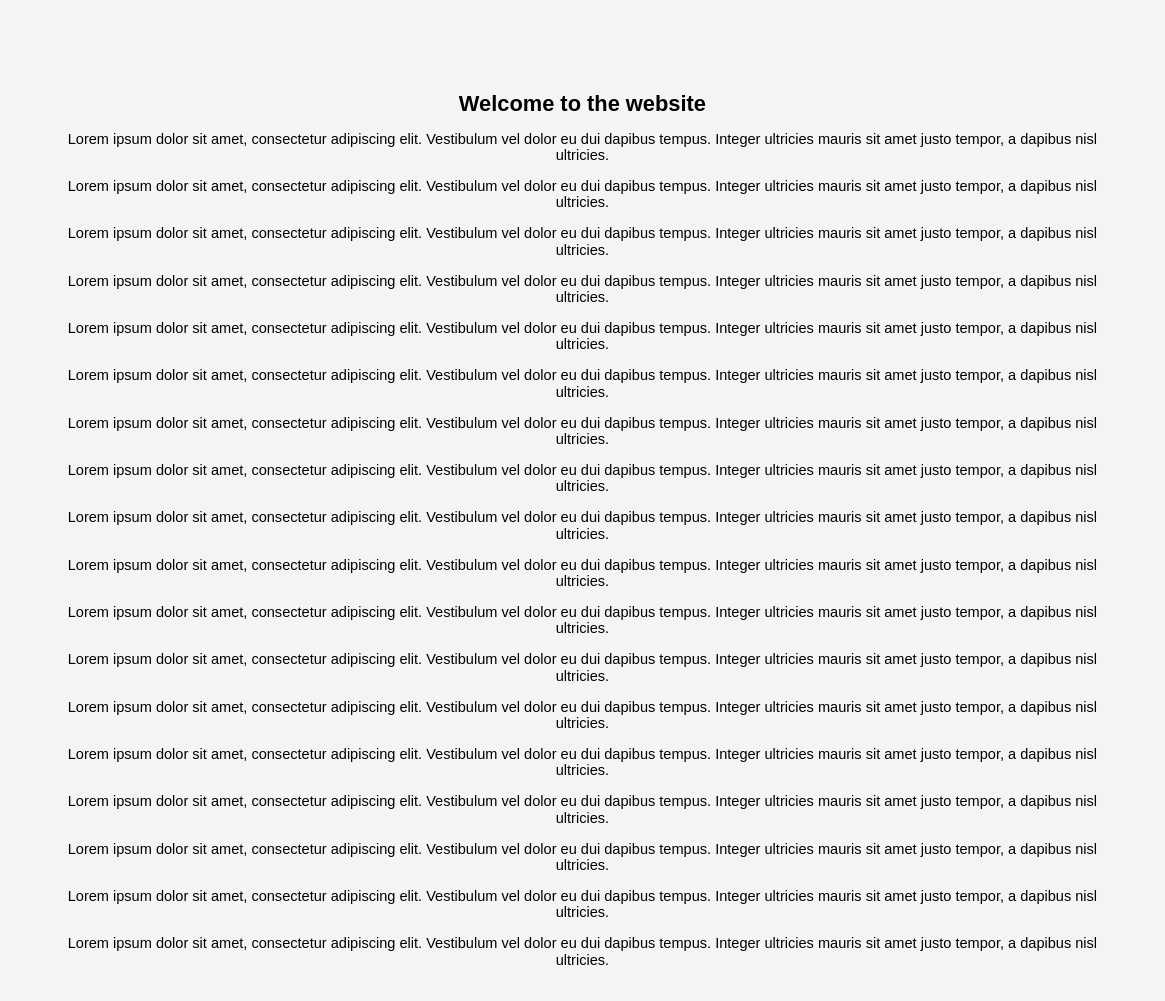
Repository: JoyMoGas/HelujaArc
Page: http://localhost/
The author's editor kept a copy of each file at every save. The page is drawn from the files as they stood at one save, then again after the next save.
The browser window is 1280 px wide. The pictures show the part of the page from y = 500 to 1600 px (the page is 1600 px tall before and 1510 px after), at 91% of full size.
Backgrounds fixed to the window are drawn as part of the page. The page is served by the project's application, run on Flask 3 (run.py).

Above is the page before, as saved 2024-08-11 17:08:05.

### templates/index.html
<!DOCTYPE html>
<html lang="en">
<head>
    <meta charset="UTF-8">
    <meta name="viewport" content="width=device-width, initial-scale=1.0">
    <title>Document</title>
    <link rel="stylesheet" href="{{ url_for('static', filename='style.css') }}">
</head>
<body>
    <header class="navbar">
        <div class="navbar-content">
            <span id="span-content">
                <img id="logo" src="{{ url_for('static', filename='logo.png') }}" alt="Logo">
            </span>

            <nav>
                <ul>
                    <li><a href="#">Home</a></li>
                    <li><a href="#">About</a></li>
                    <li><a href="#">Contact</a></li>
                </ul>
            </nav>
        </div>
    </header>
    <div id="demoBox">

    </div>
    <main>

        <section class="content">

            <h1>Welcome to the website</h1>
            <!-- Content goes here -->
            <p>Lorem ipsum dolor sit amet, consectetur adipiscing elit. Vestibulum vel dolor eu dui dapibus tempus. Integer ultricies mauris sit amet justo tempor, a dapibus nisl ultricies.</p>
            <p>Lorem ipsum dolor sit amet, consectetur adipiscing elit. Vestibulum vel dolor eu dui dapibus tempus. Integer ultricies mauris sit amet justo tempor, a dapibus nisl ultricies.</p>
            <p>Lorem ipsum dolor sit amet, consectetur adipiscing elit. Vestibulum vel dolor eu dui dapibus tempus. Integer ultricies mauris sit amet justo tempor, a dapibus nisl ultricies.</p>
            <p>Lorem ipsum dolor sit amet, consectetur adipiscing elit. Vestibulum vel dolor eu dui dapibus tempus. Integer ultricies mauris sit amet justo tempor, a dapibus nisl ultricies.</p>
            <p>Lorem ipsum dolor sit amet, consectetur adipiscing elit. Vestibulum vel dolor eu dui dapibus tempus. Integer ultricies mauris sit amet justo tempor, a dapibus nisl ultricies.</p>
            <p>Lorem ipsum dolor sit amet, consectetur adipiscing elit. Vestibulum vel dolor eu dui dapibus tempus. Integer ultricies mauris sit amet justo tempor, a dapibus nisl ultricies.</p>
            <p>Lorem ipsum dolor sit amet, consectetur adipiscing elit. Vestibulum vel dolor eu dui dapibus tempus. Integer ultricies mauris sit amet justo tempor, a dapibus nisl ultricies.</p>
            <p>Lorem ipsum dolor sit amet, consectetur adipiscing elit. Vestibulum vel dolor eu dui dapibus tempus. Integer ultricies mauris sit amet justo tempor, a dapibus nisl ultricies.</p>
            <p>Lorem ipsum dolor sit amet, consectetur adipiscing elit. Vestibulum vel dolor eu dui dapibus tempus. Integer ultricies mauris sit amet justo tempor, a dapibus nisl ultricies.</p>
            <p>Lorem ipsum dolor sit amet, consectetur adipiscing elit. Vestibulum vel dolor eu dui dapibus tempus. Integer ultricies mauris sit amet justo tempor, a dapibus nisl ultricies.</p>
            <p>Lorem ipsum dolor sit amet, consectetur adipiscing elit. Vestibulum vel dolor eu dui dapibus tempus. Integer ultricies mauris sit amet justo tempor, a dapibus nisl ultricies.</p>
            <p>Lorem ipsum dolor sit amet, consectetur adipiscing elit. Vestibulum vel dolor eu dui dapibus tempus. Integer ultricies mauris sit amet justo tempor, a dapibus nisl ultricies.</p>
            <p>Lorem ipsum dolor sit amet, consectetur adipiscing elit. Vestibulum vel dolor eu dui dapibus tempus. Integer ultricies mauris sit amet justo tempor, a dapibus nisl ultricies.</p>
            <p>Lorem ipsum dolor sit amet, consectetur adipiscing elit. Vestibulum vel dolor eu dui dapibus tempus. Integer ultricies mauris sit amet justo tempor, a dapibus nisl ultricies.</p>
            <p>Lorem ipsum dolor sit amet, consectetur adipiscing elit. Vestibulum vel dolor eu dui dapibus tempus. Integer ultricies mauris sit amet justo tempor, a dapibus nisl ultricies.</p>
            <p>Lorem ipsum dolor sit amet, consectetur adipiscing elit. Vestibulum vel dolor eu dui dapibus tempus. Integer ultricies mauris sit amet justo tempor, a dapibus nisl ultricies.</p>
            <p>Lorem ipsum dolor sit amet, consectetur adipiscing elit. Vestibulum vel dolor eu dui dapibus tempus. Integer ultricies mauris sit amet justo tempor, a dapibus nisl ultricies.</p>
            <p>Lorem ipsum dolor sit amet, consectetur adipiscing elit. Vestibulum vel dolor eu dui dapibus tempus. Integer ultricies mauris sit amet justo tempor, a dapibus nisl ultricies.</p>
        </section>
    </main>
    <script src="{{ url_for('static', filename='scripts.js') }}"></script>
</body>
</html>

### static/style.css
/* Reset de márgenes y padding */
body, h1, ul, li {
    margin: 0;
    padding: 0;
}

/* Estilo para el cuerpo */
body {
    font-family: Arial, sans-serif;
    padding-top: 100px; /* Ajusta según el tamaño de la navbar */
    margin: 0;
    display: flex;
    justify-content: center;
    align-items: flex-start;
    height: 100vh; /* Ocupa toda la altura visible */
    background: #f4f4f4;
}

/* Estilo para la navbar */
.navbar {

    position: fixed;
    top: 0;
    left: 0;
    width: 100%;
    background-color: transparent; /* La navbar es transparente por defecto */
    color: #fff;
    display: flex;
    justify-content: center;
    align-items: center;
    transition: background-color 0.3s ease;
    z-index: 1000;
    box-sizing: border-box;
}

.navbar.scrolled {
    background-color: #333; /* Cambia a un color sólido cuando haces scroll */
}

/* Contenido de la navbar */
.navbar-content {
    display: flex;
    justify-content: space-between;
    align-items: center;
    width: 100%;
    max-width: 1200px;
    padding: 20px;
    padding-left: 50px;
    box-sizing: border-box;
    transition: padding 0.3s ease; /* Transición para suavizar el cambio de padding */
}

/* Estilo cuando se ha hecho scroll y el logo está en la navbar */
.navbar.scrolled .navbar-content {
    padding: 10px; /* Reduce el padding cuando se hace scroll */
    padding-left: 0px; /* Elimina el padding en la izquierda */
}

/* Logo en la navbar */
.navbar img {
    height: 60px; /* Ajusta el tamaño del logo en la navbar */
    transition: height 1.5s, transform 1.5s; /* Transiciones simultáneas */
}

/* Estilo para los enlaces de la navbar */
.navbar nav ul {
    display: flex;
    list-style-type: none;
    margin: 0;
    padding: 0;
}

.navbar nav ul li {
    margin-left: 20px;
}

.navbar nav ul li a {
    color: #fff;
    text-decoration: none;
}

/* Estilo para el contenido del body */
.content {
    text-align: center; /* Centra el texto y otros elementos dentro del contenedor */
    width: 100%;
    max-width: 1200px; /* Asegura que el contenido no se estire demasiado */
    margin-top: 80px; /* Asegura que el contenido esté por debajo de la navbar */
    padding: 20px; /* Ajusta el padding según sea necesario */
    box-sizing: border-box;
    margin-top: 30em;
}

/* Logo en el cuerpo */
#logo {
    position: absolute;
    top: 110px;
    left: 50%;
    transform: translateX(-50%);
    height: 300px;
    transition: top 1.5s, left 1.5s, height 1.5s, transform 1.5s;
}


#demoBox {
    position: absolute;
    top: 0;
    left: 0;
    width: 100%;
    height: 500px; /* La imagen cubrirá la altura completa de la ventana */
    background-image: url("https://images.unsplash.com/photo-1529673203658-56306382b724?auto=format&fit=crop&w=1000&q=80&ar=16:9");
    background-size: cover;
    background-attachment: fixed;
    z-index: 1; /* Esto asegura que la imagen esté por debajo de la navbar */
}

### static/scripts.js
"use strict";
document.addEventListener('DOMContentLoaded', () => {
    window.scrollTo(0, 0);
    const logo = document.getElementById('logo');
    const handleScroll = () => {
        if (window.scrollY > 50) {
            logo.style.position = 'fixed';
            logo.style.top = '0px';
            logo.style.left = '120px';
            logo.style.height = '100px';
            logo.style.transform = 'translateX(0) scale(0.6)';
        }
        else {
            logo.style.position = 'absolute';
            logo.style.top = '250px';
            logo.style.left = '50%';
            logo.style.transform = 'translateX(-50%) scale(1)';
            logo.style.height = '250px';
        }
    };
    window.addEventListener('scroll', handleScroll);
    // Inicializa el estado del logotipo
    handleScroll();
});
window.addEventListener('scroll', () => {
    const navbar = document.querySelector('.navbar');
    if (window.scrollY > 50) {
        navbar.classList.add('scrolled');
    }
    else {
        navbar.classList.remove('scrolled');
    }
});
window.addEventListener('beforeunload', () => {
    window.scrollTo(0, 0);
});

Loaded but not shown: run.py (common file)

After the next save:
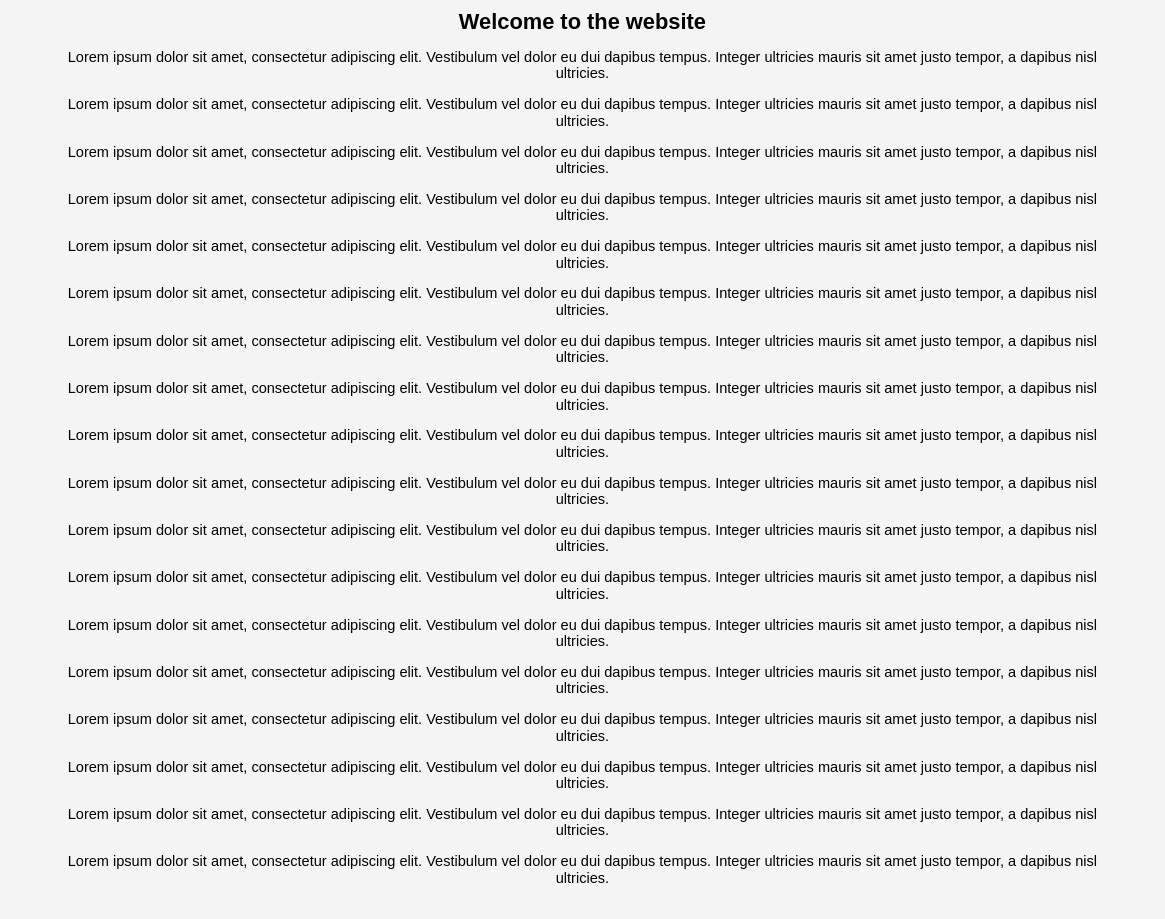
Saved 44 s later.
--- a/static/style.css
+++ b/static/style.css
@@ -7,7 +7,7 @@
 /* Estilo para el cuerpo */
 body {
     font-family: Arial, sans-serif;
-    padding-top: 100px; /* Ajusta según el tamaño de la navbar */
+    padding-top: 10px; /* Ajusta según el tamaño de la navbar */
     margin: 0;
     display: flex;
     justify-content: center;

After the save that followed:
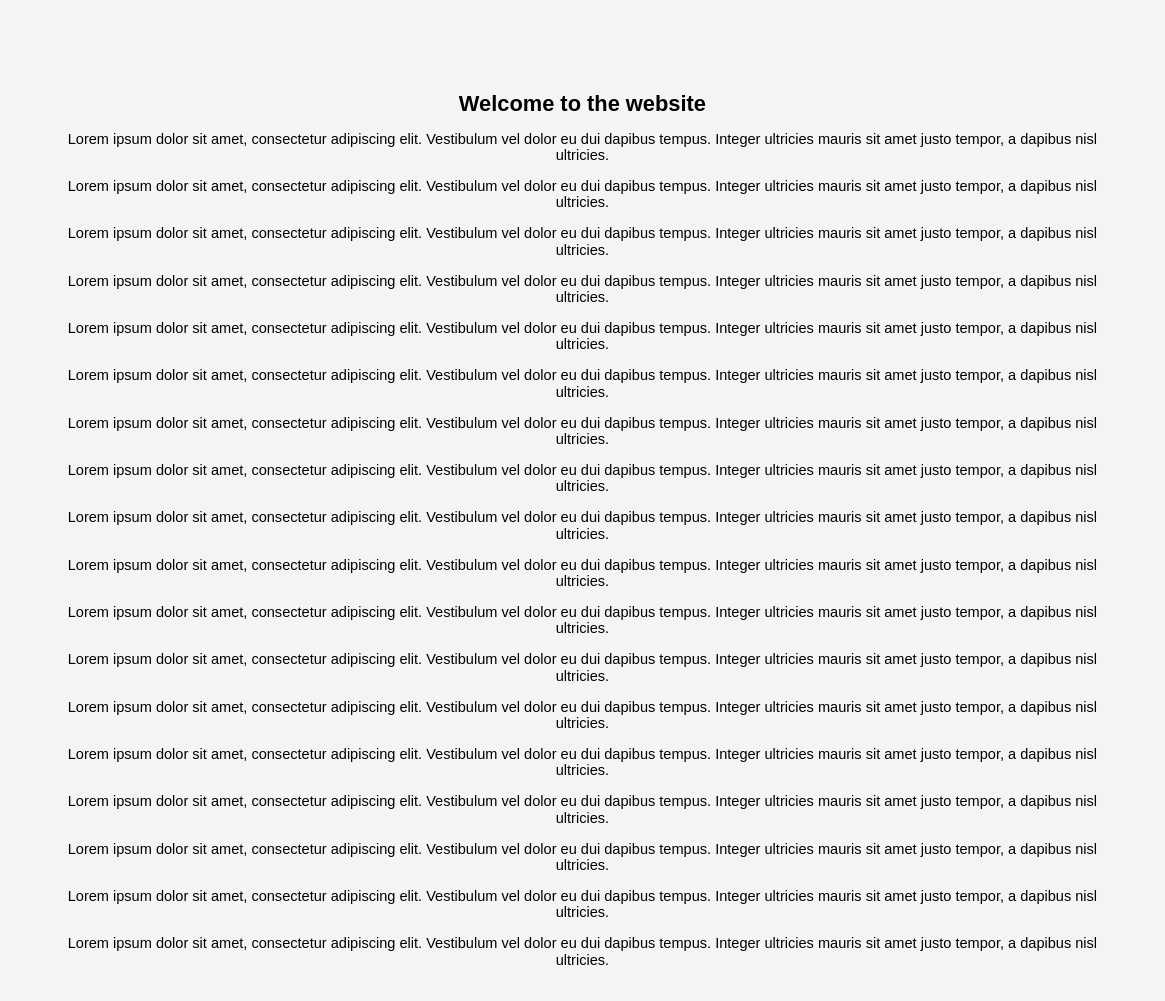
Saved 11 s later.
--- a/static/style.css
+++ b/static/style.css
@@ -7,7 +7,7 @@
 /* Estilo para el cuerpo */
 body {
     font-family: Arial, sans-serif;
-    padding-top: 10px; /* Ajusta según el tamaño de la navbar */
+    padding-top: 100px; /* Ajusta según el tamaño de la navbar */
     margin: 0;
     display: flex;
     justify-content: center;
